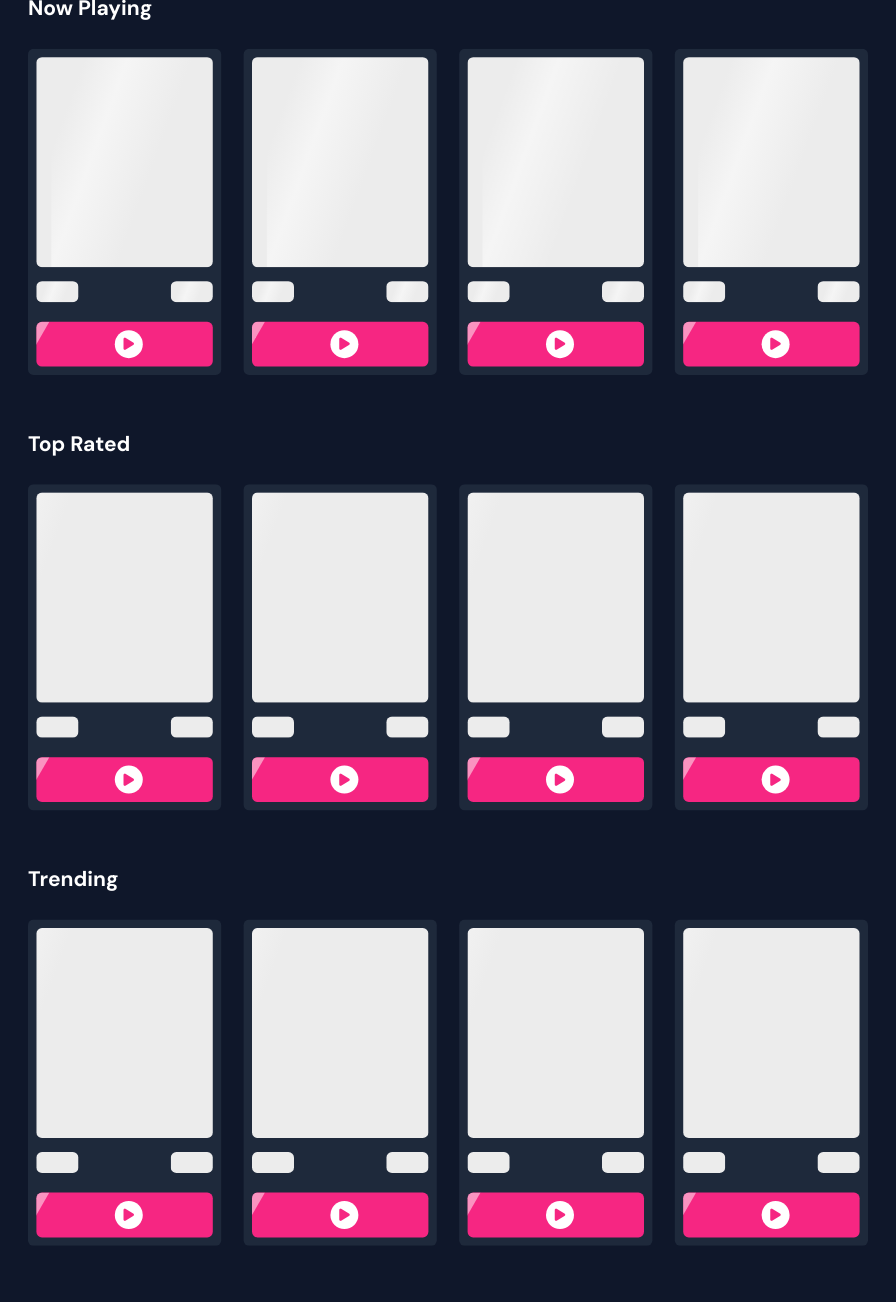
Repository: Linhyum/react-simple-movie
Page: /
An editor plug-in stored every save of this project. The page is shown before and after the next save, followed by the edit.
The browser window is 1280 px wide. The pictures show the part of the page from y = 814 to 2734 px (the page is 2674 px tall before and 2734 px after), at 70% of full size.
The page's requests for data from a server got no answer. The project was rebuilt for these pictures with package versions that can differ from the ones it lists, and the page was loaded fresh each time. No one was signed in, and anything a server would have sent is missing.

Above is the page before, as saved 2023-04-02 21:05:20.

After the next save:
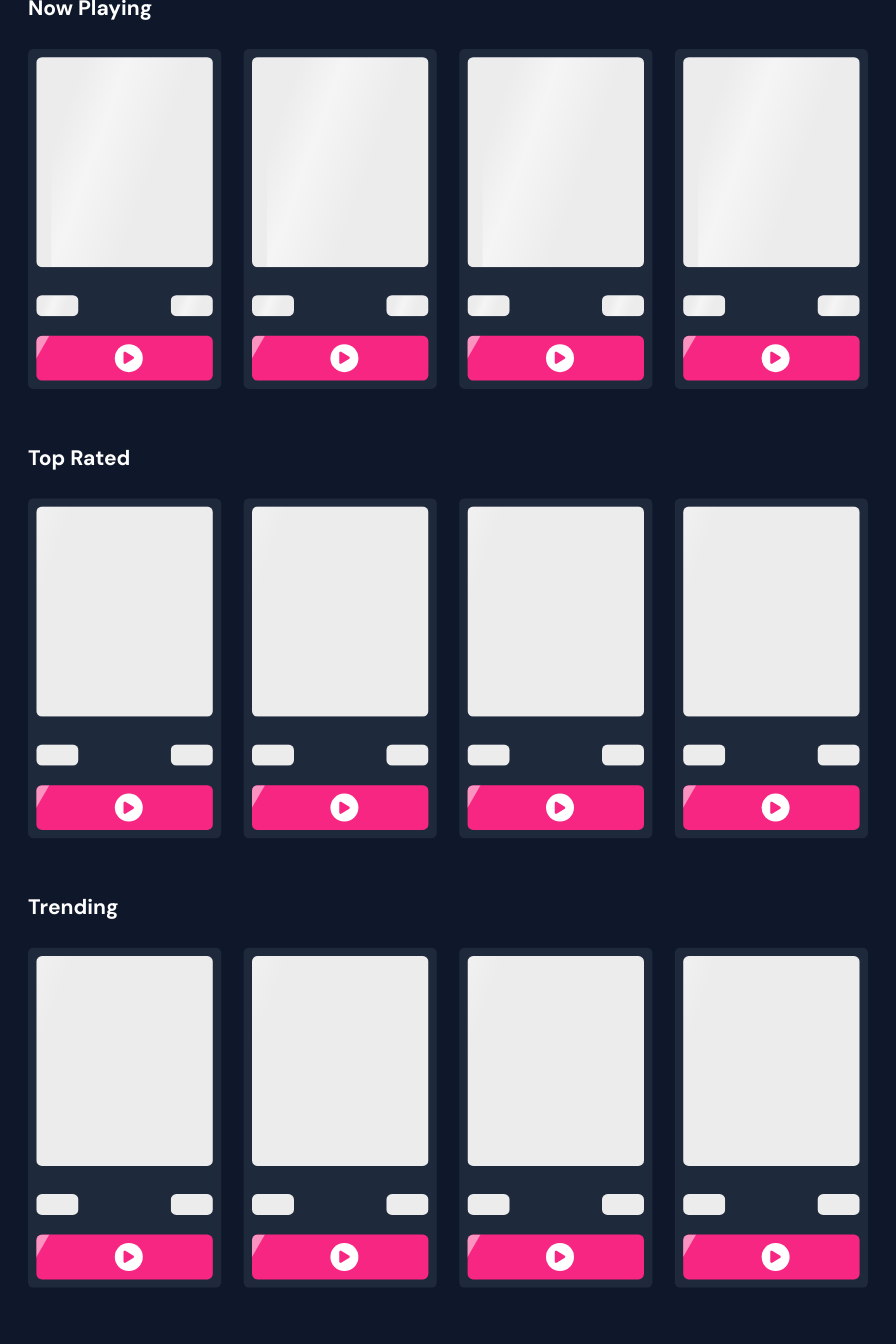
Saved 7 s later.
--- a/src/components/movie/MovieCard.js
+++ b/src/components/movie/MovieCard.js
@@ -43,7 +43,7 @@ export function MovieCardSkeleton() {
     return (
         <div className="movie-card text-white hover:shadow-lg hover:shadow-primary transition-all duration-300 rounded-lg p-3 bg-slate-800 select-none">
             <LoadingSkeleton height="300px" radius="8px"></LoadingSkeleton>
-            <div className="flex items-center justify-between text-sm mt-5  mb-7">
+            <div className="flex items-center justify-between text-sm mt-10  mb-7">
                 <LoadingSkeleton height="30px" width="60px" radius="8px"></LoadingSkeleton>
 
                 <div className="flex items-center gap-x-2">
